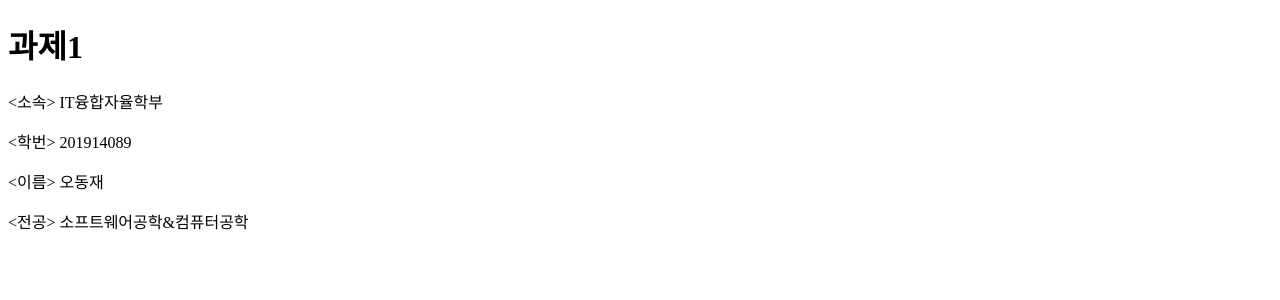
Repository: djdongjae/SpringProjects
Page: html1/src/main/webapp/01/hw1.html
An editor plug-in stored every save of this project. The page is shown before and after the next save, followed by the edit.
The browser window is 1280 px wide. The pictures show the whole page.

Above is the page before, as saved 2023-03-13 01:04:50.

After the next save:
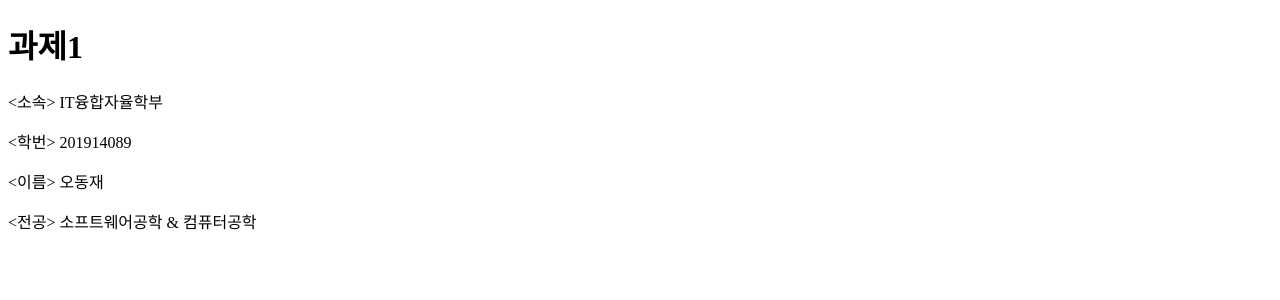
Saved 92 s later.
--- a/html1/src/main/webapp/01/hw1.html
+++ b/html1/src/main/webapp/01/hw1.html
@@ -9,6 +9,6 @@
     <p>&lt;소속&gt;&nbsp;IT융합자율학부</p>
     <p>&lt;학번&gt;&nbsp;201914089</p>
     <p>&lt;이름&gt;&nbsp;오동재</p>
-    <p>&lt;전공&gt;&nbsp;소프트웨어공학&amp;컴퓨터공학</p>
+    <p>&lt;전공&gt;&nbsp;소프트웨어공학&nbsp;&amp;&nbsp;컴퓨터공학</p>
   </body>
 </html>
